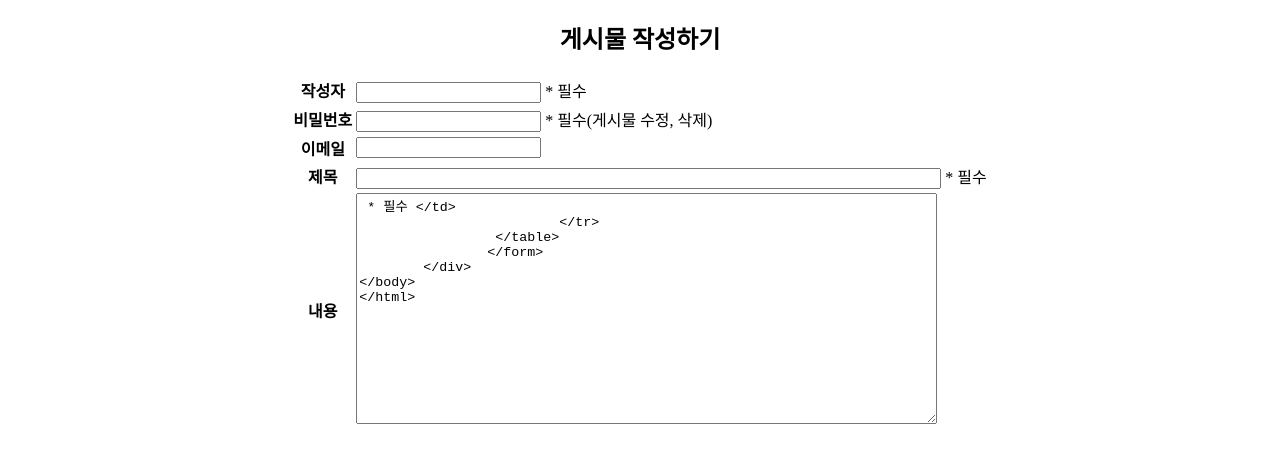
Repository: angwanghyeon/eclipse
Page: http://localhost/sec11/board/boardWrite.jsp
An editor plug-in stored every save of this project. The page is shown before and after the next save, followed by the edit.
The browser window is 1280 px wide. The pictures show the whole page.
The page is served by Tomcat 9.

Above is the page before, as saved 2023-09-06 01:31:40.

After the next save:
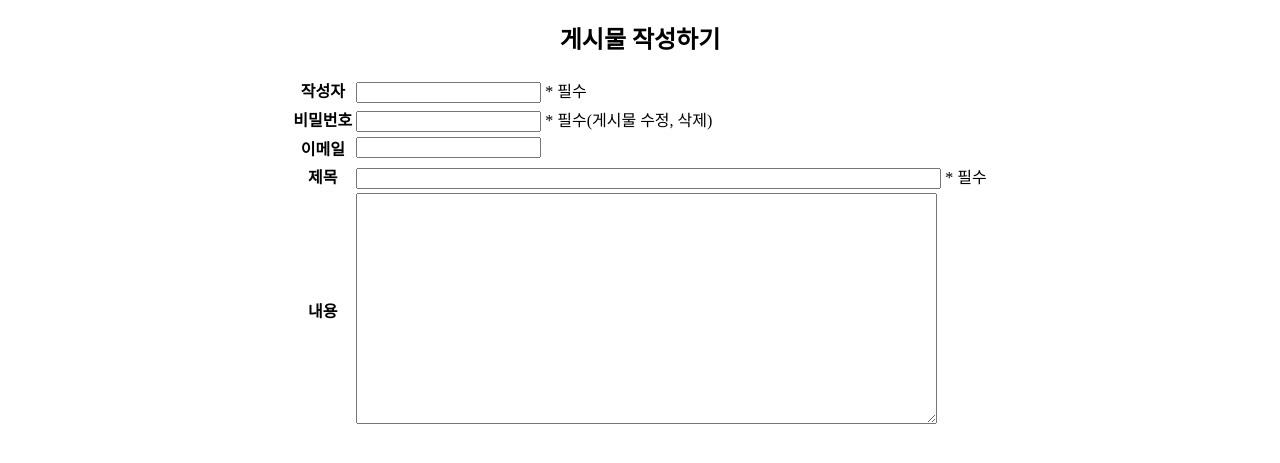
Saved 12 s later.
--- a/sec11/src/main/webapp/board/boardWrite.jsp
+++ b/sec11/src/main/webapp/board/boardWrite.jsp
@@ -30,7 +30,7 @@
 			 </tr>
 			 <tr>
 				<th>내용</th>
-				<td><textarea name="content" rows="15" cols="70"> * 필수 </td>
+				<td><textarea name="content" rows="15" cols="70"></textarea></td>
 			 </tr>
 		 </table>
 		</form>
